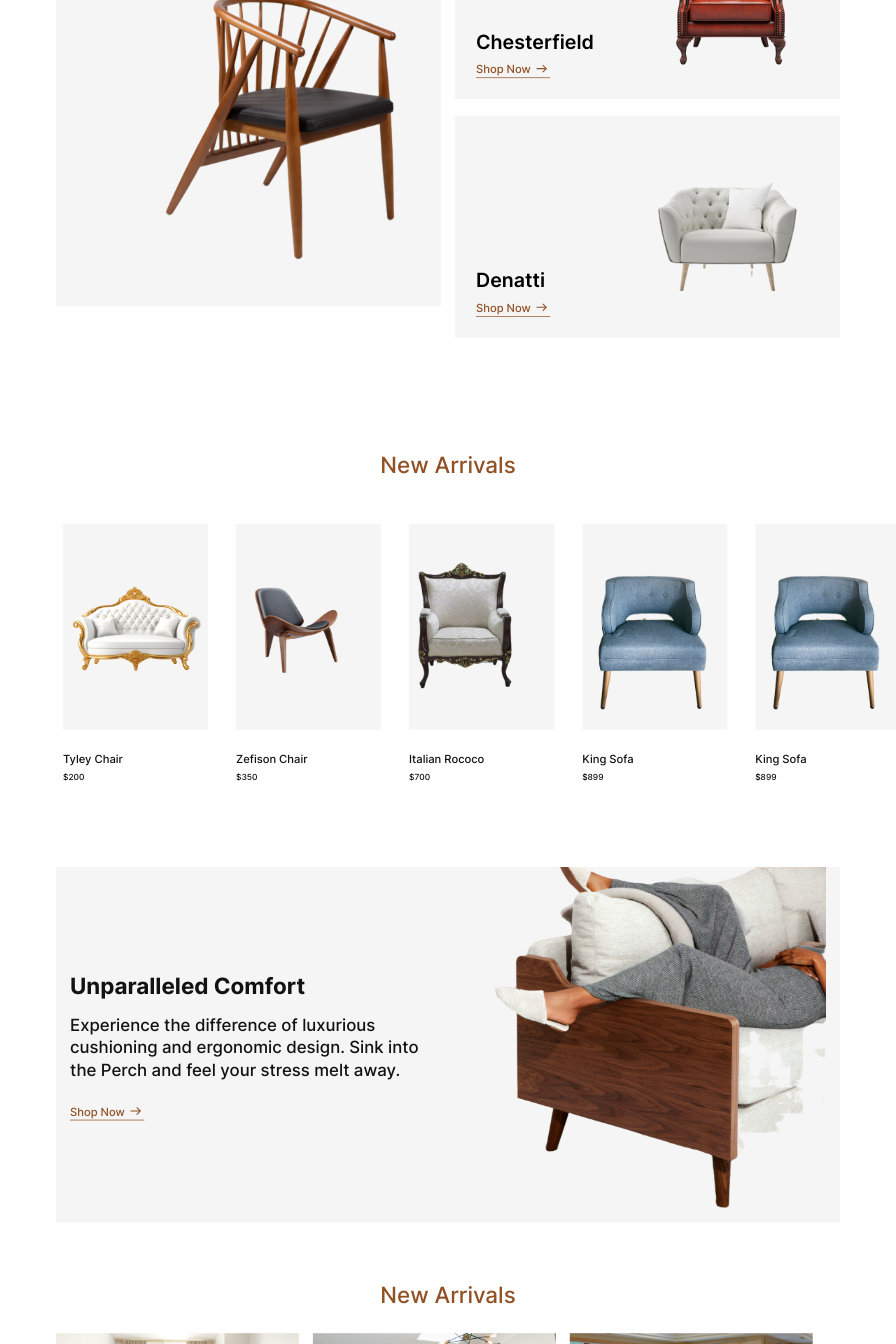
Repository: abdulmalikyusuf/HNG11-Stage02
Page: /
The author's editor kept a copy of each file at every save. The page is drawn from the files as they stood at one save, then again after the next save.
The browser window is 1280 px wide. The pictures show the part of the page from y = 1101 to 3021 px (the page is 4111 px tall), at 70% of full size.
The project was rebuilt for these pictures with package versions that can differ from the ones it lists, and the page was loaded fresh each time. Also part of the build but not shown: vite.config.ts.

Above is the page before, as saved 2024-07-07 17:21:24.

### index.html
<!DOCTYPE html>
<html lang="en">
  <head>
    <meta charset="UTF-8" />
    <!-- <link rel="icon" type="image/svg+xml" href="/vite.svg" /> -->
    <meta name="viewport" content="width=device-width, initial-scale=1.0" />
    <title>Pearch E-Commerce App</title>
  </head>
  <body>
    <div id="root"></div>
    <script type="module" src="/src/main.tsx"></script>
  </body>
</html>

### src/App.tsx
import { createBrowserRouter, RouterProvider } from "react-router-dom";

import RootLayout from "@/routes/root";
import IndexPage from "@/routes";
import "./App.css";

const router = createBrowserRouter([
  {
    path: "/",
    element: <RootLayout />,
    // errorElement: <ErrorPage />,
    children: [
      {
        index: true,
        element: <IndexPage />,
      },
      {
        path: "cart",
        element: <p>Cart</p>,
      },
      {
        path: "checkout",
        element: <p>Checkout</p>,
      },
    ],
  },
]);

function App() {
  return <RouterProvider router={router} />;
}

export default App;

### src/index.css
:root {
  font-family: Inter, system-ui, Avenir, Helvetica, Arial, sans-serif;
  line-height: 1.5;
  font-weight: 400;

  color-scheme: light dark;
  /* color: rgba(255, 255, 255, 0.87);
  background-color: #242424; */

  font-synthesis: none;
  text-rendering: optimizeLegibility;
  -webkit-font-smoothing: antialiased;
  -moz-osx-font-smoothing: grayscale;
}
@font-face {
  font-family: Inter;
  src: url(fonts/Inter.ttf) format("truetype");
}
@font-face {
  font-family: SpaceGrotesk;
  src: url(fonts/SpaceGrotesk.ttf) format("truetype");
}
@font-face {
  font-family: NicoMoji;
  src: url(fonts/NicoMoji-Regular.ttf) format("truetype");
}

### src/routes/root.tsx
import { Outlet } from "react-router-dom";

import Footer from "@/components/footer";
import Header from "@/components/header";

function RootLayout() {
  return (
    <>
      <Header />
      <Outlet />
      <div className="flow-root">
        <Footer />
      </div>
    </>
  );
}

export default RootLayout;

### src/routes/index.tsx
import { Link } from "react-router-dom";

import ChairHero from "@/assets/img/83417461_Slipper -2 1.png";
import Chair1 from "@/assets/img/vertical-shot-wooden-chair-white 1.png";
import Chair2 from "@/assets/img/83419490_Wingback Chair -4.png";
import Chair3 from "@/assets/img/7043761_861.png";
import BannerImage from "@/assets/img/unsplash_348dJPXEFHk.png";
import MoreChairImage1 from "@/assets/img/unsplash_Kh4tedFdHz4.png";
import MoreChairImage2 from "@/assets/img/unsplash_L7EwHkq1B2s.png";
import MoreChairImage3 from "@/assets/img/unsplash_Gh_UjjYoVwk.png";
import NewArrival1 from "@/assets/img/new-arrivals/81678229_Luxury white and golden sofa -3 1.png";
import NewArrival2 from "@/assets/img/new-arrivals/Paste image.png";
import NewArrival3 from "@/assets/img/new-arrivals/unsplash_IjTqniVFP1Y.png";
import NewArrival4 from "@/assets/img/new-arrivals/unsplash_ItMggD0EguY.png";

const newArrivals = [
  { image: NewArrival1, name: "Tyley Chair", price: 200 },
  { image: NewArrival2, name: "Zefison Chair", price: 350 },
  { image: NewArrival3, name: "Italian Rococo", price: 700 },
  { image: NewArrival4, name: "King Sofa", price: 899 },
  { image: NewArrival4, name: "King Sofa", price: 899 },
];
function IndexPage() {
  return (
    <>
      <div className="flex flex-col lg:flex-row items-center gap-5 lg:gap-24 bg-[#F5F5F5] p-2 lg:px-[100px] lg:py-13">
        <div className="flex flex-col gap-5 lg:gap-24">
          <div className="text-32 lg:text-6xl font-bold">
            <h2 className="text-black">Elevate Your</h2>
            <h2 className="uppercase text-primary">comfort</h2>
          </div>
          <div className="font-semibold text-sm lg:text-xl lg:leading-6 flex flex-col gap-[14px] lg:gap-6">
            <p className="">Want comfort and style? Perch is for you.</p>
            <p className="text-primary">See collection</p>
          </div>
        </div>
        <div className="flex-1">
          <img src={ChairHero} alt="A chair from pearch website" className="" />
        </div>
      </div>
      <div className="px-4 md:px-10 lg:13 xl:px-20 2xl:px-24 flex flex-col gap-20 mb-28 overflow-clip">
        <div className="py-[88px]">
          <div className="grid grid-cols-2 grid-rows-2 items-stretch gap-5 lg:gap-x-5 lg:gap-y-6">
            <div className="row-span-2">
              <div className="p-5 lg:p-[30px] bg-miscellaneous flex flex-col">
                <div className="flex-1 flex flex-col gap-3">
                  <h5 className="text-xl lg:text-[28px] font-semibold">
                    Scandinavian
                  </h5>
                  <Link
                    to=""
                    className="w-fit text-xs lg:text-base font-medium text-primary border-b border-primary inline-flex items-center gap-1"
                  >
                    Shop Now{" "}
                    <span className="">
                      <svg
                        xmlns="http://www.w3.org/2000/svg"
                        width="24"
                        height="25"
                        viewBox="0 0 24 25"
                        fill="none"
                      >
                        <mask
                          id="mask0_18_143"
                          style={{ maskType: "alpha" }}
                          maskUnits="userSpaceOnUse"
                          x="0"
                          y="0"
                          width="24"
                          height="25"
                        >
                          <rect y="0.5" width="24" height="24" fill="#D9D9D9" />
                        </mask>
                        <g mask="url(#mask0_18_143)">
                          <path
                            d="M13.8462 18.1538L12.7923 17.0693L16.6115 13.25H4.5V11.75H16.6115L12.7923 7.93075L13.8462 6.84625L19.5 12.5L13.8462 18.1538Z"
                            fill="#905125"
                          />
                        </g>
                      </svg>
                    </span>
                  </Link>
                </div>
                <div className="self-end -mt-20">
                  <img src={Chair1} alt="" className="" />
                </div>
              </div>
            </div>
            <div className="p-5 lg:p-[30px] bg-miscellaneous flex items-end justify-between">
              <div className="flex-1 flex flex-col gap-2 lg:gap-3">
                <h5 className="text-xl lg:text-[28px] font-semibold">
                  Chesterfield
                </h5>
                <Link
                  to=""
                  className="w-fit text-xs lg:text-base font-medium text-primary border-b border-primary inline-flex items-center gap-1"
                >
                  Shop Now{" "}
                  <span className="">
                    <svg
                      xmlns="http://www.w3.org/2000/svg"
                      width="24"
                      height="25"
                      viewBox="0 0 24 25"
                      fill="none"
                    >
                      <mask
                        id="mask0_18_143"
                        style={{ maskType: "alpha" }}
                        maskUnits="userSpaceOnUse"
                        x="0"
                        y="0"
                        width="24"
                        height="25"
                      >
                        <rect y="0.5" width="24" height="24" fill="#D9D9D9" />
                      </mask>
                      <g mask="url(#mask0_18_143)">
                        <path
                          d="M13.8462 18.1538L12.7923 17.0693L16.6115 13.25H4.5V11.75H16.6115L12.7923 7.93075L13.8462 6.84625L19.5 12.5L13.8462 18.1538Z"
                          fill="#905125"
                        />
                      </g>
                    </svg>
                  </span>
                </Link>
              </div>
              <img src={Chair2} alt="" className="" />
            </div>
            <div className="p-5 lg:p-[30px] bg-miscellaneous flex items-end justify-between">
              <div className="flex-1 flex flex-col gap-2 lg:gap-3">
                <h5 className="text-xl lg:text-[28px] font-semibold">
                  Denatti
                </h5>
                <Link
                  to=""
                  className="w-fit text-xs lg:text-base font-medium text-primary border-b border-primary inline-flex items-center gap-1"
                >
                  Shop Now{" "}
                  <span className="">
                    <svg
                      xmlns="http://www.w3.org/2000/svg"
                      width="24"
                      height="25"
                      viewBox="0 0 24 25"
                      fill="none"
                    >
                      <mask
                        id="mask0_18_143"
                        style={{ maskType: "alpha" }}
                        maskUnits="userSpaceOnUse"
                        x="0"
                        y="0"
                        width="24"
                        height="25"
                      >
                        <rect y="0.5" width="24" height="24" fill="#D9D9D9" />
                      </mask>
                      <g mask="url(#mask0_18_143)">
                        <path
                          d="M13.8462 18.1538L12.7923 17.0693L16.6115 13.25H4.5V11.75H16.6115L12.7923 7.93075L13.8462 6.84625L19.5 12.5L13.8462 18.1538Z"
                          fill="#905125"
                        />
                      </g>
                    </svg>
                  </span>
                </Link>
              </div>
              <img src={Chair3} alt="" className="" />
            </div>
          </div>
        </div>
        <div className="">
          <h4 className="capitalize text-xl lg:text-32 text-center text-primary font-medium">
            new arrivals
          </h4>
          <div className="mt-6 lg:mt-[30px] -mr-24">
            <div className="flex gap-5 ">
              {newArrivals.map((chair) => (
                <div
                  key={chair.name}
                  className="w-[255px] py-10 px-2.5 flex flex-col gap-[30px]"
                >
                  <div className="flex h-[294px] items-center bg-miscellaneous">
                    <img
                      src={chair.image}
                      alt={`${chair.name} image`}
                      className=""
                    />
                  </div>
                  <div className="flex flex-col gap-1.5 text-primary-label font-medium">
                    <p className="">{chair.name}</p>
                    <small className="text-xs">${chair.price}</small>
                  </div>
                </div>
              ))}
            </div>
          </div>
        </div>
        <div className="lg:px-5 bg-miscellaneous">
          <div className="flex items-center gap-16">
            <div className="flex-1 text-primary-label">
              <h4 className="text-32 font-bold">Unparalleled Comfort</h4>
              <p className="mt-4 text-2xl font-medium">
                Experience the difference of luxurious cushioning and ergonomic
                design. Sink into the Perch and feel your stress melt away.
              </p>
              <Link
                to=""
                className="mt-[30px] w-fit text-xs lg:text-base font-medium text-primary border-b border-primary inline-flex items-center gap-1"
              >
                Shop Now{" "}
                <span className="">
                  <svg
                    xmlns="http://www.w3.org/2000/svg"
                    width="24"
                    height="25"
                    viewBox="0 0 24 25"
                    fill="none"
                  >
                    <mask
                      id="mask0_18_143"
                      style={{ maskType: "alpha" }}
                      maskUnits="userSpaceOnUse"
                      x="0"
                      y="0"
                      width="24"
                      height="25"
                    >
                      <rect y="0.5" width="24" height="24" fill="#D9D9D9" />
                    </mask>
                    <g mask="url(#mask0_18_143)">
                      <path
                        d="M13.8462 18.1538L12.7923 17.0693L16.6115 13.25H4.5V11.75H16.6115L12.7923 7.93075L13.8462 6.84625L19.5 12.5L13.8462 18.1538Z"
                        fill="#905125"
                      />
                    </g>
                  </svg>
                </span>
              </Link>
            </div>
            <div className="flex-1">
              <img src={BannerImage} alt="" className="" />
            </div>
          </div>
        </div>

        <div className="">
          <h4 className="capitalize text-32 text-center text-primary font-medium">
            new arrivals
          </h4>
          <div className="mt-[30px] flex gap-5">
            {[MoreChairImage1, MoreChairImage2, MoreChairImage3].map(
              (img, i) => (
                <div key={`product-image-${i}`} className="">
                  <img src={img} alt="" className="" />
                </div>
              )
            )}
          </div>
          <div className="mt-11">
            <Link
              to=""
              className="mt-[30px] w-fit text-xs lg:text-base font-medium text-primary border-b border-primary inline-flex items-center gap-1"
            >
              See More{" "}
              <span className="">
                <svg
                  xmlns="http://www.w3.org/2000/svg"
                  width="24"
                  height="25"
                  viewBox="0 0 24 25"
                  fill="none"
                >
                  <mask
                    id="mask0_18_143"
                    style={{ maskType: "alpha" }}
                    maskUnits="userSpaceOnUse"
                    x="0"
                    y="0"
                    width="24"
                    height="25"
                  >
                    <rect y="0.5" width="24" height="24" fill="#D9D9D9" />
                  </mask>
                  <g mask="url(#mask0_18_143)">
                    <path
                      d="M13.8462 18.1538L12.7923 17.0693L16.6115 13.25H4.5V11.75H16.6115L12.7923 7.93075L13.8462 6.84625L19.5 12.5L13.8462 18.1538Z"
                      fill="#905125"
                    />
                  </g>
                </svg>
              </span>
            </Link>
          </div>
        </div>
      </div>
    </>
  );
}

export default IndexPage;

### src/components/footer.tsx
import React from "react";
import { Icons } from "./icons";

function Footer() {
  return (
    <footer className="py-[30px] bg-miscellaneous px-24 h[80vh] flex flex-col justify-between gap-16">
      <div className="flex flex-col items-center gap-[30px] py-20 border border-primary border-dashed">
        <div className="text-center text-primary-label">
          <h3 className="text-4xl font-bold">Join Our Newsletter</h3>
          <p className="mt-3">Big discount and latest news in your inbox</p>
        </div>
        <div className="flex gap-5">
          <div className="flex rounded-md w-96 border border-primary items-center gap-2 p-2.5">
            <Icons.mail className="size-[22px] stroke-primary" />
            <input
              type="email"
              name=""
              id=""
              placeholder="Email address"
              className="bg-transparent text-[rgba(18,_18,_18,_0.50)] font-medium placeholder:font-normal focus:outline-none"
            />
          </div>
          <button
            type="submit"
            className="bg-primary rounded p-2.5 capitalize text-white"
          >
            sign up
          </button>
        </div>
      </div>
      <div className="flex flex-col gap-4 items-center">
        <h4 className="py-2 text-32 text-label-primary font-nico-moji">
          Perch
        </h4>
        <ul className="flex gap-4 text-xl font-medium text-primary-label">
          <li className="">About Us</li>
          <li className="">Contact Us</li>
          <li className="">Privacy</li>
          <li className="">My Account</li>
        </ul>
      </div>
      <div className="py-2.5 -mx-24 border-t border-primary text-center">
        <p className="font-medium text-primary">© 2024 Perch Store</p>
      </div>
    </footer>
  );
}

export default Footer;

### src/components/header.tsx
import { cn } from "@/lib/utils";
import { Icons } from "@/components/icons";
import { Link } from "react-router-dom";
import { CartButton } from "./cart-button";

function Header() {
  return (
    <header
      className={cn(
        "h-[46px] md:h-[68px] relative flex items-center justify-between px-4 md:px-10 lg:13 xl:px-20 2xl:px-24",
        "bg-[#F5F5F5] border-transparent text-black-900 [--logo-fill:#121212]"
      )}
    >
      <div className="flex items-center justify-center gap-3 md:gap-6">
        <button type="button" className="md:hidden">
          <Icons.hamburgerMenu className="size-[26px] md:size-7" />
        </button>
        <Link to="/" className="py-2">
          <span className="text-2xl lg:text-[32px] leading-normal text-primary-label font-nico-moji capitalize">
            pearch
          </span>
        </Link>
      </div>
      <div className="hidden md:flex justify-center">
        <ul className="flex gap-10">
          {["Home", "Shop", "Products", "Pages"].map((menu) => (
            <li key={menu}>
              <span
                className={cn(
                  "flex items-center justify-center w-fit hover:border-b font-space-grotesk transition-colors focus-visible:outline-none focus-visible:ring-1 focus-visible:ring-ring disabled:pointer-events-none",
                  "gap-0.5 button-xs",
                  "text-black-900 hover:text-black-400 disabled:text-black-700"
                )}
              >
                {menu}{" "}
                <Icons.chevronDown
                  className="size-[18px] relative top-[1px] transition-transform duration-200 ease-in group-data-[state=open]:-rotate-180"
                  aria-hidden
                />
              </span>
            </li>
          ))}

          {/* <NavigationMenu.Link
                  className={cn(
                    "hover:border-b font-space-grotesk transition-colors focus-visible:outline-none focus-visible:ring-1 focus-visible:ring-ring disabled:pointer-events-none",
                    "gap-0.5 button-xs",
                    "text-black-900 hover:text-black-400 disabled:text-black-700"
                  )}
                  href="https://github.com/radix-ui"
                >
                  {menu.title}{" "}
                </NavigationMenu.Link> */}
        </ul>
      </div>
      <div className="flex gap-5 items-center">
        <button type="button" className="hidden md:inline-flex size-7">
          <Icons.search className="" />
        </button>
        <button className="hidden md:inline-flex size-7">
          <Icons.user className="" />
        </button>
        <CartButton numOfItems={2} />
      </div>
    </header>
  );
}

export default Header;

### src/lib/utils.ts
import { type ClassValue, clsx } from "clsx";
import { twMerge } from "tailwind-merge";

export function cn(...inputs: ClassValue[]) {
	return twMerge(clsx(inputs));
}
export function formatPrice(
	price: number | string,
	currency: "USD" | "EUR" | "GBP" | "BDT" = "USD",
	notation: "compact" | "engineering" | "scientific" | "standard" = "standard",
) {
	return new Intl.NumberFormat("en-US", {
		style: "currency",
		currency,
		notation,
	}).format(Number(price));
}

export function arrayRange(start: number, stop: number, step: number) {
	return Array.from(
		{ length: (stop - start) / step + 1 },
		(value, index) => start + index * step,
	);
}

### src/components/cart-button.tsx
import { forwardRef, type ButtonHTMLAttributes } from "react";
import { Slot } from "@radix-ui/react-slot";

import { cn } from "@/lib/utils";
import { Icons } from "@/components/icons";

export interface CartButtonProps
  extends ButtonHTMLAttributes<HTMLButtonElement> {
  numOfItems: number;
  asChild?: boolean;
}

const CartButton = forwardRef<HTMLButtonElement, CartButtonProps>(
  ({ numOfItems, asChild, ...props }, ref) => {
    const Comp = asChild ? Slot : "button";
    return (
      <Comp
        ref={ref}
        {...props}
        type="button"
        className="inline-flex items-center gap-0.5 w-[50px] h-[26px] sm:h-7"
      >
        <Icons.cart className="size-[26px] sm:size-7 text-[var(--icon-colour)]" />
        <span
          className={cn(
            "inline-flex items-center justify-center size-5 rounded-full text-xs leading-[10px] font-inter font-bold",
            "bg-primary text-white [--icon-colour:var(--black-900)]"
          )}
        >
          {numOfItems}
        </span>
      </Comp>
    );
  }
);

CartButton.displayName = "CartButton";

export { CartButton };

### tailwind.config.ts
import { Config } from "tailwindcss";

export default {
  content: ["./index.html", "./src/**/*.{js,ts,jsx,tsx}"],
  theme: {
    fontFamily: {
      "space-grotesk": ["SpaceGrotesk"],
      inter: ["Inter"],
      "nico-moji": ["NicoMoji"],
    },
    extend: {
      padding: {
        13: "52px",
      },
      fontSize: {
        32: "32px",
      },
      colors: {
        primary: {
          DEFAULT: "#905125",
          label: "#121212",
        },
        miscellaneous: "#F5F5F5",
      },
    },
  },
  plugins: [],
} satisfies Config;

Loaded but not shown: src/main.tsx (common file); src/App.css (common file); src/components/icons.tsx (297 lines, source omitted)

After the next save:
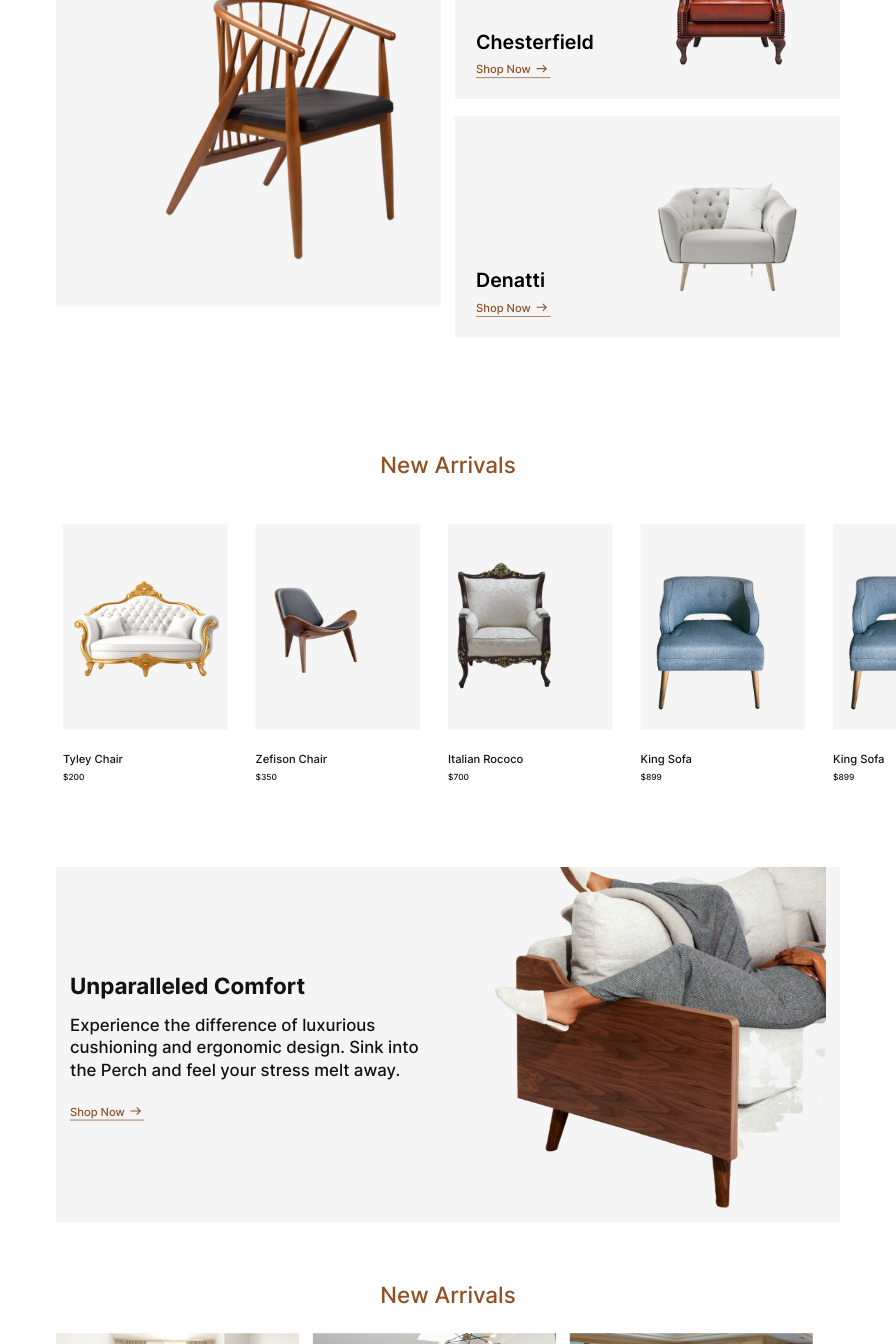
Saved 20 s later.
--- a/src/routes/index.tsx
+++ b/src/routes/index.tsx
@@ -179,7 +179,7 @@
               {newArrivals.map((chair) => (
                 <div
                   key={chair.name}
-                  className="w-[255px] py-10 px-2.5 flex flex-col gap-[30px]"
+                  className="shrink-0 w-[255px] py-10 px-2.5 flex flex-col gap-[30px]"
                 >
                   <div className="flex h-[294px] items-center bg-miscellaneous">
                     <img
